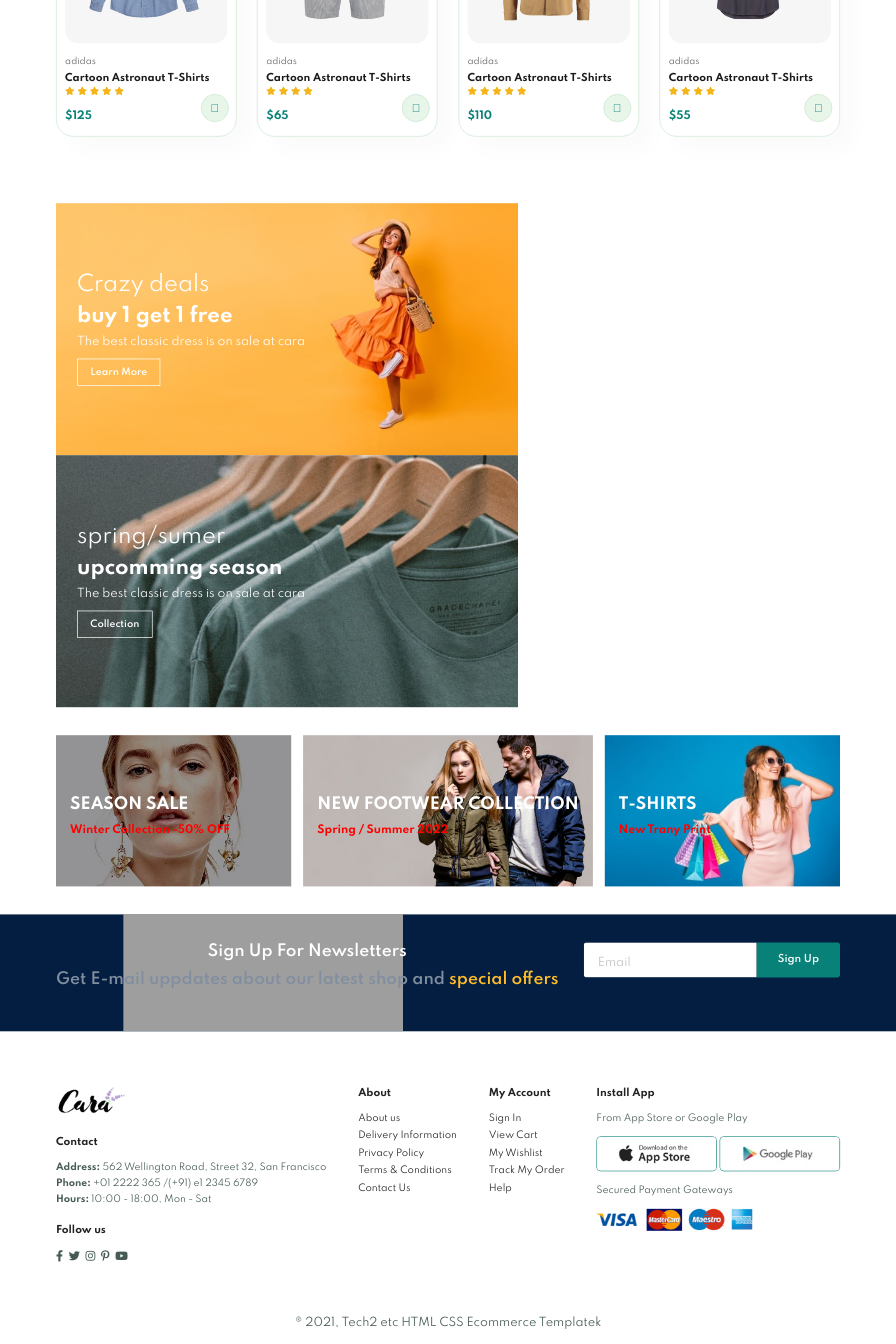
Repository: MinhNhatIT2901/Ecommerce
Page: index.html
An editor plug-in stored every save of this project. The page is shown before and after the next save, followed by the edit.
The browser window is 1280 px wide. The pictures show the part of the page from y = 3195 to 5115 px (the page is 5115 px tall), at 70% of full size.
Pictures or frames that could not be fetched are drawn as grey boxes. Some web libraries are served in a nearby version.

Above is the page before, as saved 2022-01-13 13:28:13.

After the next save:
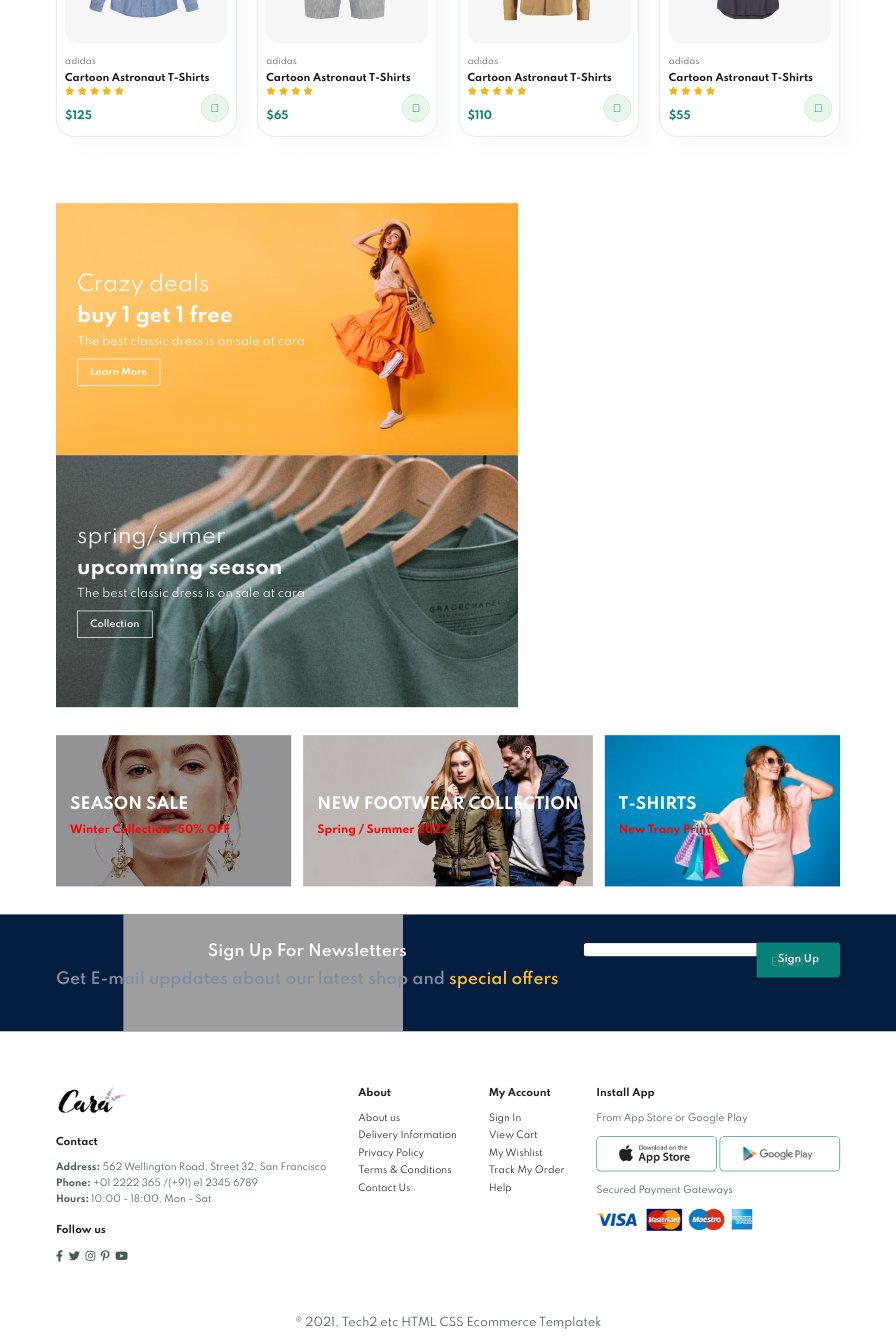
Saved 2 min 23 s later.
--- a/index.html
+++ b/index.html
@@ -377,8 +377,11 @@
             <p>Get E-mail uppdates about our latest shop and <span>special offers</span></p>
         </div>
         <div class="form">
-            <input type="text" class="form-input">
+
+            <div class="form-box">
+                <input type="text" class="form-input">
             <label for="email" class="form-lable">Email</label>
+            </div>
             <button class="normal">Sign Up</button>
         </div>
     </section>

After the save that followed:
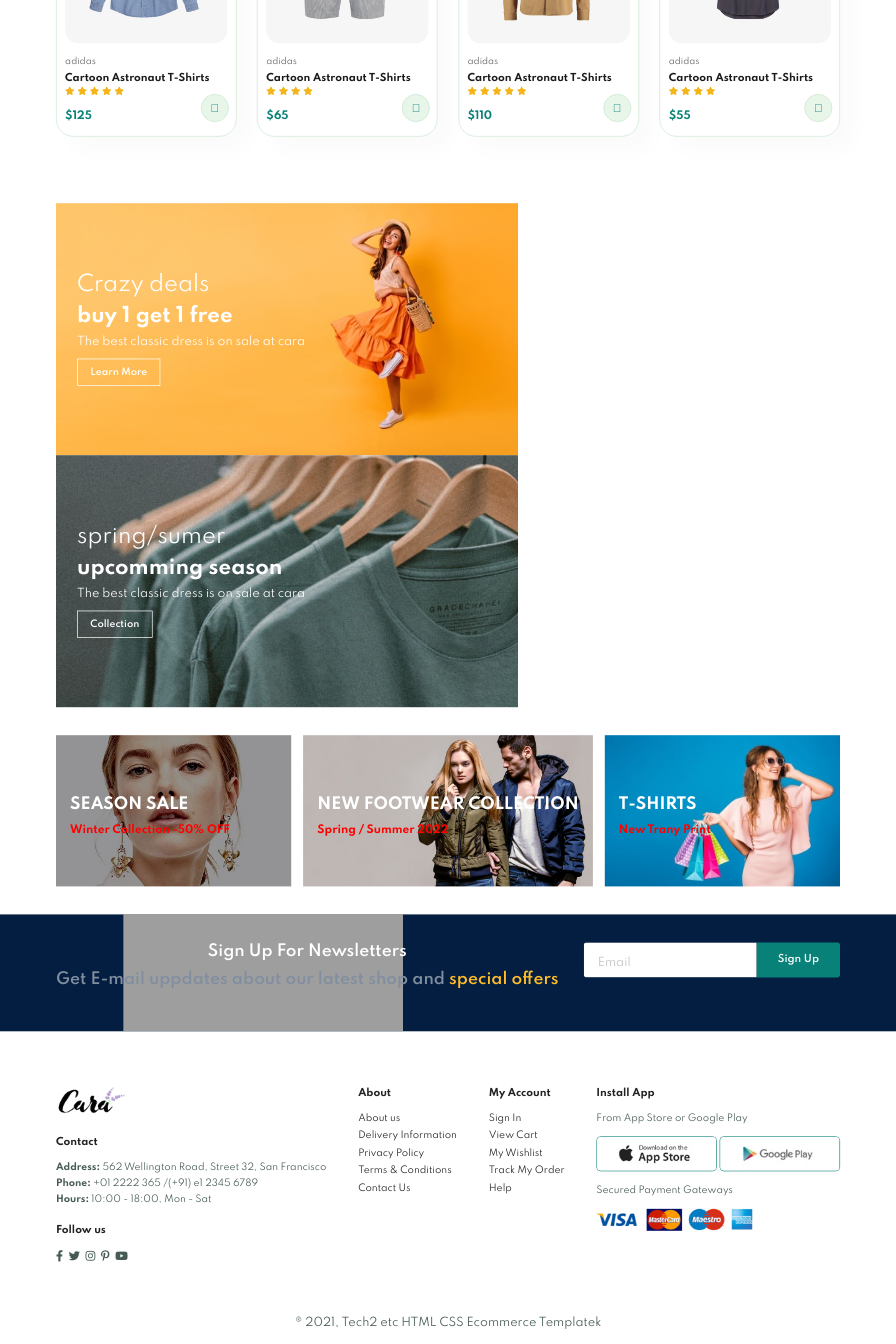
Saved 21 s later.
--- a/index.html
+++ b/index.html
@@ -377,11 +377,8 @@
             <p>Get E-mail uppdates about our latest shop and <span>special offers</span></p>
         </div>
         <div class="form">
-
-            <div class="form-box">
-                <input type="text" class="form-input">
+            <input type="text" class="form-input">
             <label for="email" class="form-lable">Email</label>
-            </div>
             <button class="normal">Sign Up</button>
         </div>
     </section>
